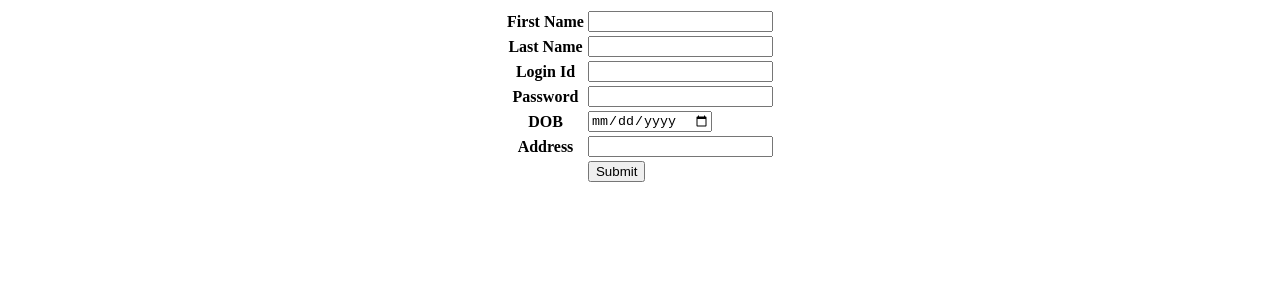
Repository: Ajay12Ajay/Advance_Java
Page: http://localhost/Advance_Web_Project/UserRegistration.jsp
The author's editor kept a copy of each file at every save. The page is drawn from the files as they stood at one save, then again after the next save.
The browser window is 1280 px wide. The pictures show the whole page.
The page is served by Tomcat 9.

Above is the page before, as saved 2025-07-22 08:54:53.

After the next save:
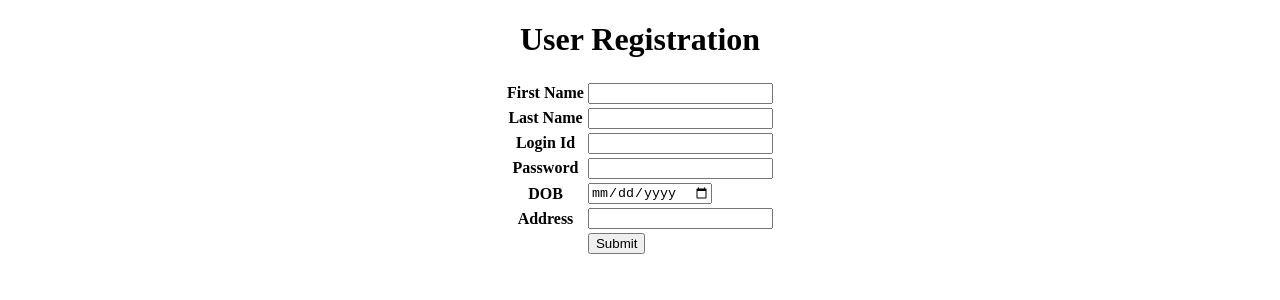
Saved 58 s later.
--- a/Advance_Java/Advance_Web_Project/WebContent/UserRegistration.jsp
+++ b/Advance_Java/Advance_Web_Project/WebContent/UserRegistration.jsp
@@ -9,6 +9,7 @@
 <body>
 	<div align="center">
 		<form>
+			<h1>User Registration</h1>
 			<table>
 				<tr>
 					<th>First Name</th>
